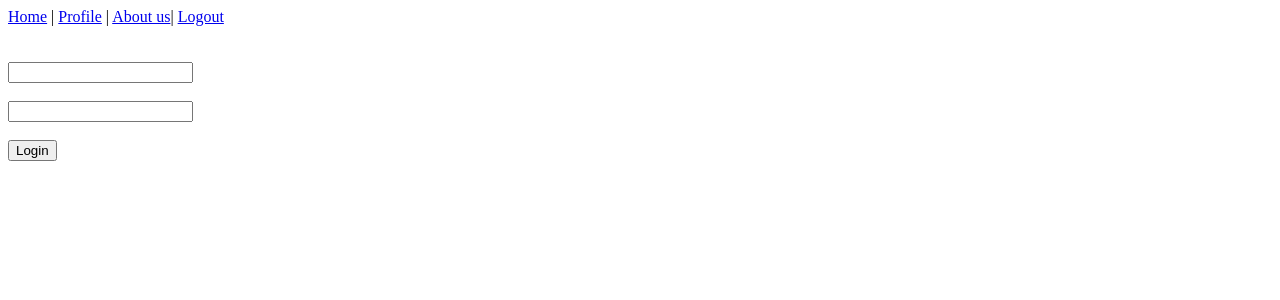
Repository: Asterisc-Institute/Advance-Java-Batch5
Page: Session-Day03/WebContent/index.html
The author's editor kept a copy of each file at every save. The page is drawn from the files as they stood at one save, then again after the next save.
The browser window is 1280 px wide. The pictures show the whole page.

Above is the page before, as saved 2023-05-08 11:59:09.

### Session-Day03/WebContent/index.html
<!DOCTYPE html>
<html>
<head>
<meta charset="ISO-8859-1">
<title>Insert title here</title>
</head>
<body>
<a href="home">Home</a> | <a href="profile">Profile</a> | <a href="about">About us</a>| <a href="logout">Logout</a><br/><br/><br/>

<form action="home">
<input type="text" name="uname"><br/><br/>
<input type="text" name="upass"><br/><br/>
<input type="submit" value="Login">
</form>
</body>
</html>

After the next save:
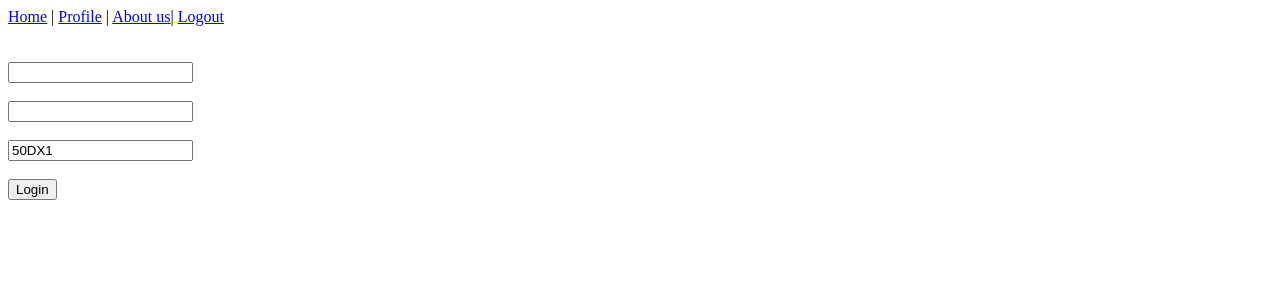
Saved 34 s later.
--- a/Session-Day03/WebContent/index.html
+++ b/Session-Day03/WebContent/index.html
@@ -10,6 +10,7 @@
 <form action="home">
 <input type="text" name="uname"><br/><br/>
 <input type="text" name="upass"><br/><br/>
+<input type="text" name="offer" value="50DX1"><br/><br/>
 <input type="submit" value="Login">
 </form>
 </body>
